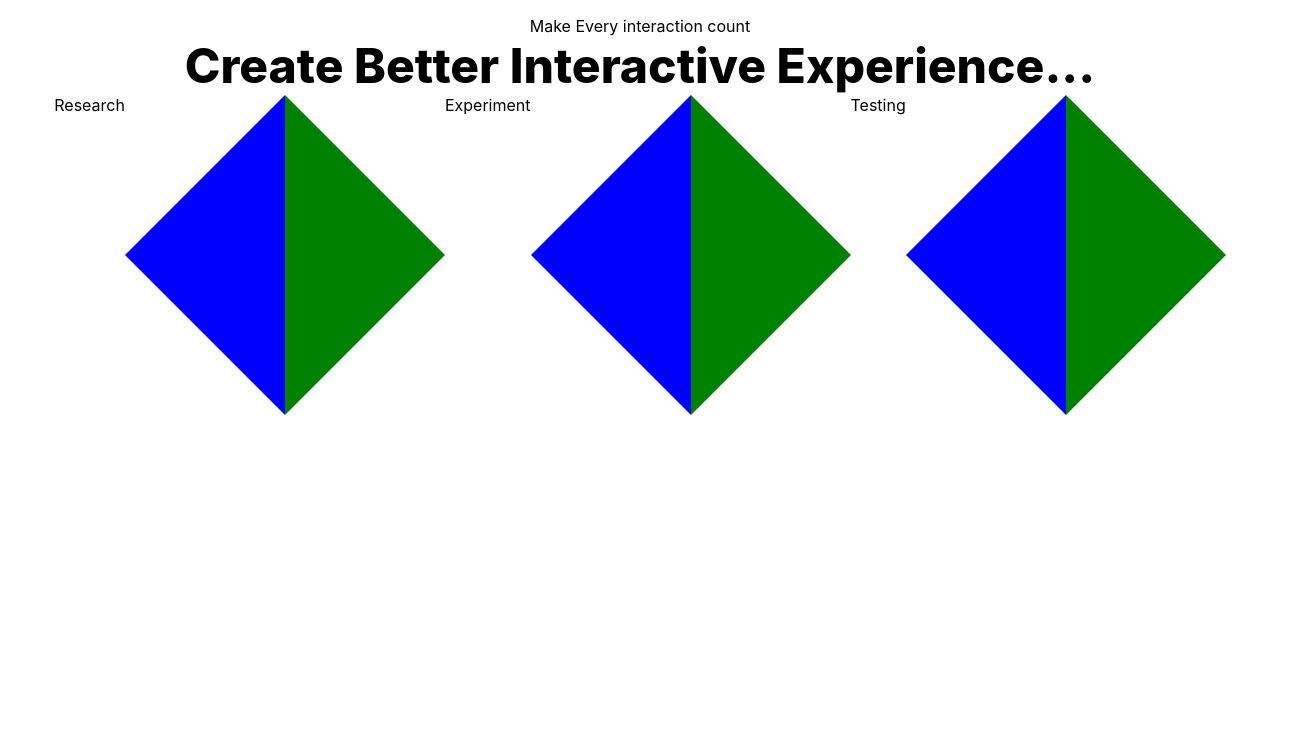
Repository: YingCG/interaction-design
Page: /
The author's editor kept a copy of each file at every save. The page is drawn from the files as they stood at one save, then again after the next save.
The browser window is 1280 px wide. The page is 1280 px wide, then 1306 px, then 1280 px, so the pictures cover 1306 px, including what lies to the right of the window. The pictures show the whole page.
The project was rebuilt for these pictures with package versions that can differ from the ones it lists, and the page was loaded fresh each time.

Above is the page before, as saved 2023-09-07 10:52:36.

After the next save:
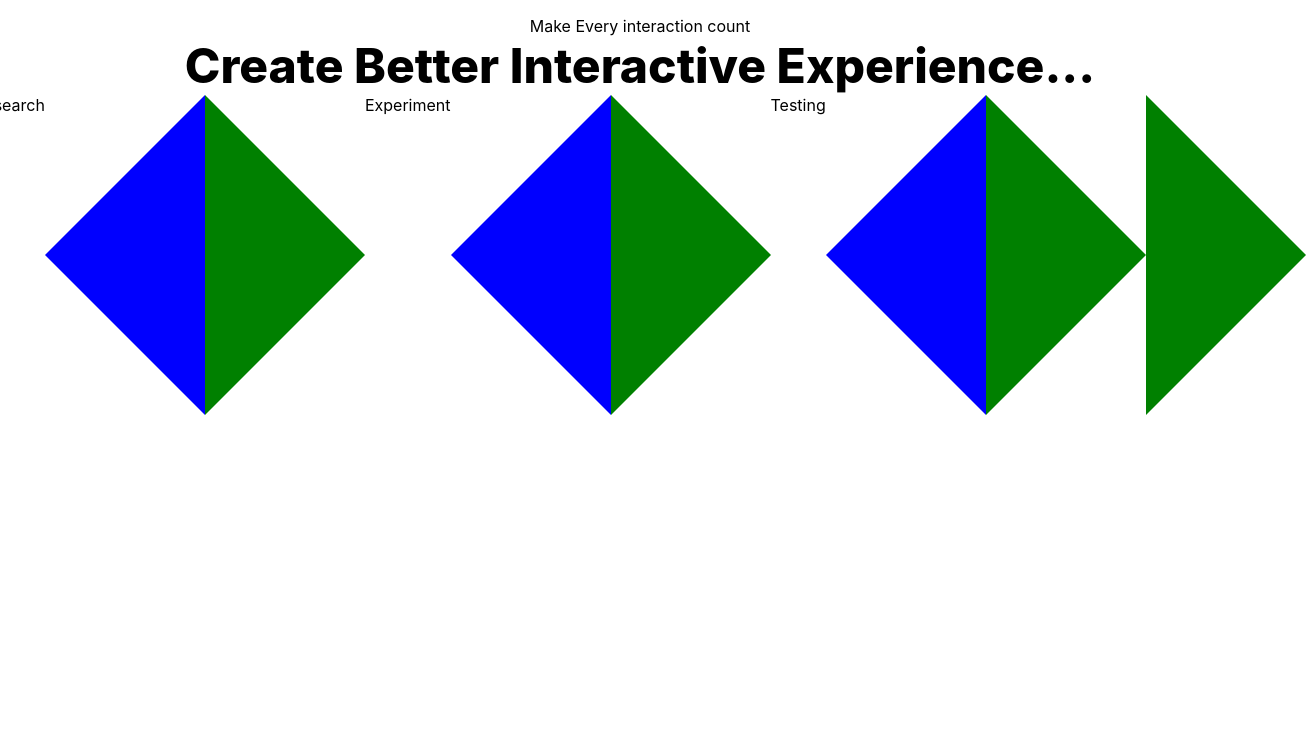
Saved 44 s later.
--- a/src/TripleDiamond.jsx
+++ b/src/TripleDiamond.jsx
@@ -18,9 +18,7 @@
       <div className="container-triple">
         <div className="triple-diamond">
           <div className="text-above">Research</div>
-          <div className="arrow-left" onClick={showInfo}>
-            <div className="information">{info}</div>
-          </div>
+          <div className="arrow-left" onClick={showInfo}></div>
           <div className="arrow-right"></div>
         </div>
 
@@ -35,6 +33,8 @@
           <div className="arrow-left"></div>
           <div className="arrow-right"></div>
         </div>
+
+        <div className="arrow-right"></div>
       </div>
     </div>
   );

After the save that followed:
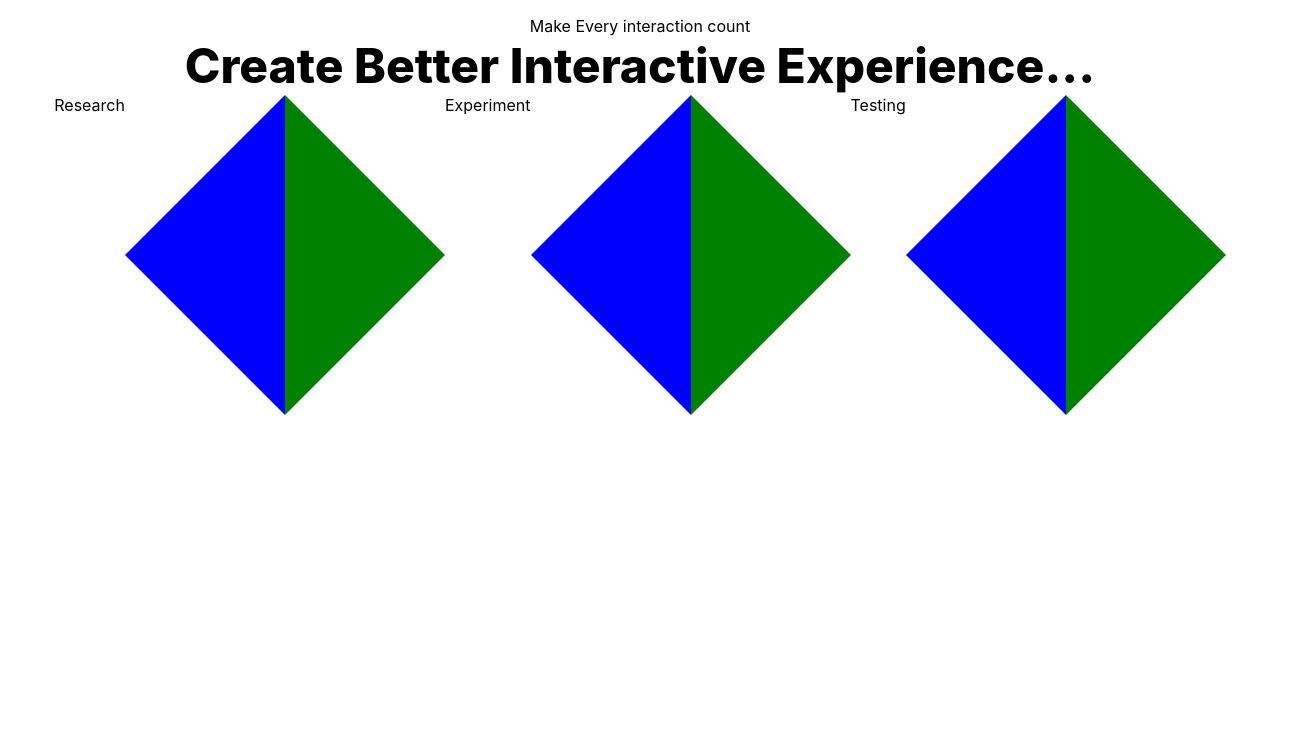
Saved 45 s later.
--- a/src/TripleDiamond.jsx
+++ b/src/TripleDiamond.jsx
@@ -34,7 +34,7 @@
           <div className="arrow-right"></div>
         </div>
 
-        <div className="arrow-right"></div>
+        <div className="information">{info}</div>
       </div>
     </div>
   );
